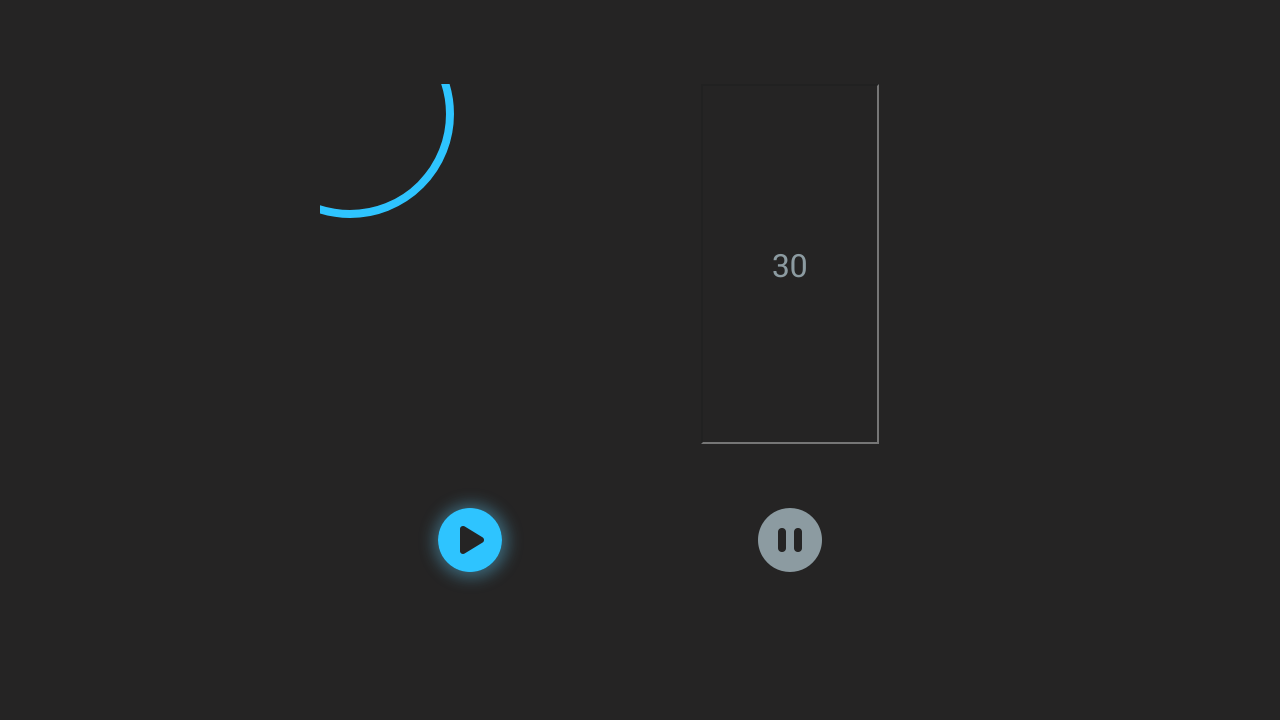
Repository: Sbethm/javascript-challenges
Page: index.html
An editor plug-in stored every save of this project. The page is shown before and after the next save, followed by the edit.
The browser window is 1280 px wide. The pictures show the whole page.
Some web libraries are served in a nearby version. The style sheet was rebuilt from its Sass, Less or Tailwind sources for each picture, by a compiler version that may differ from the author's.

Above is the page before, as saved 2021-09-17 15:58:19.

After the next save:
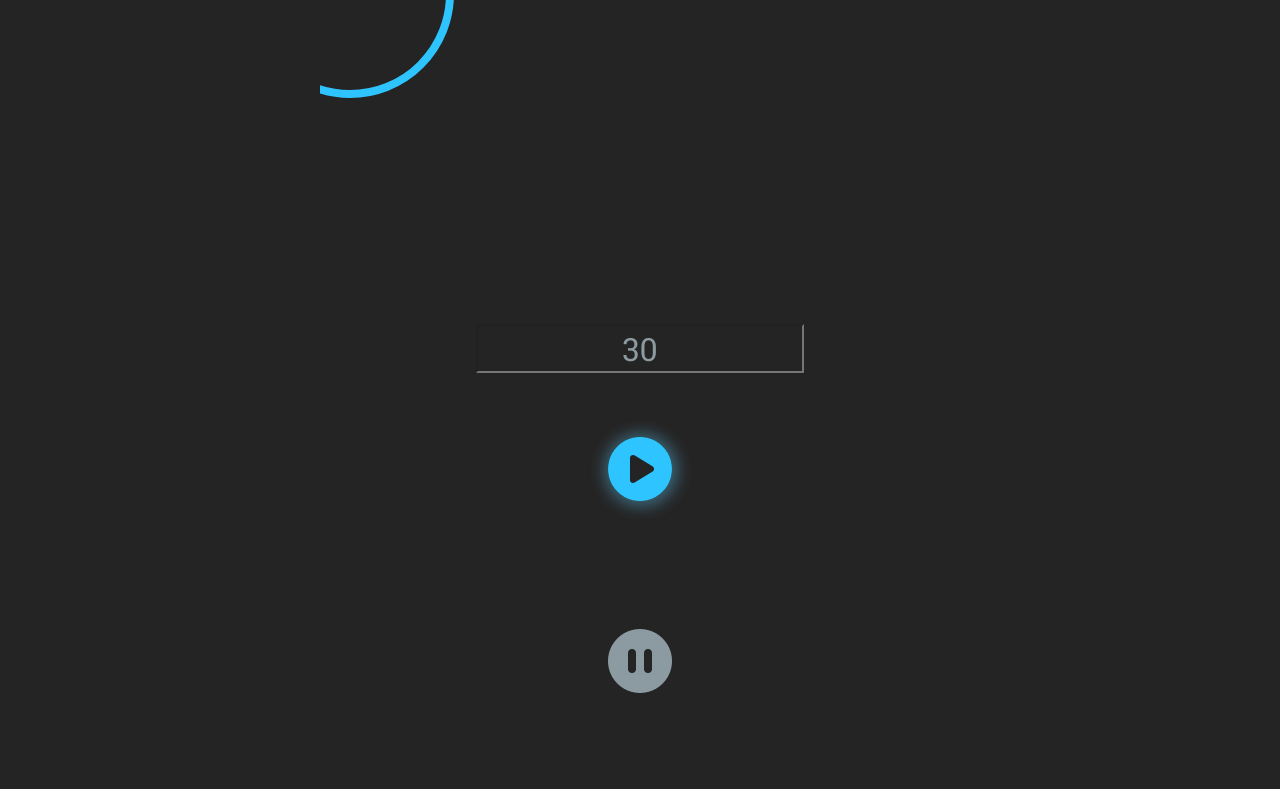
Saved 4 s later.
--- a/SCSS/main.scss
+++ b/SCSS/main.scss
@@ -66,7 +66,7 @@ i {
 }
 
 .fa-pause-circle {
-    grid-area: 2 / 2 / 3 / 3;
+    // grid-area: 2 / 2 / 3 / 3;
 }
 
 .active {
